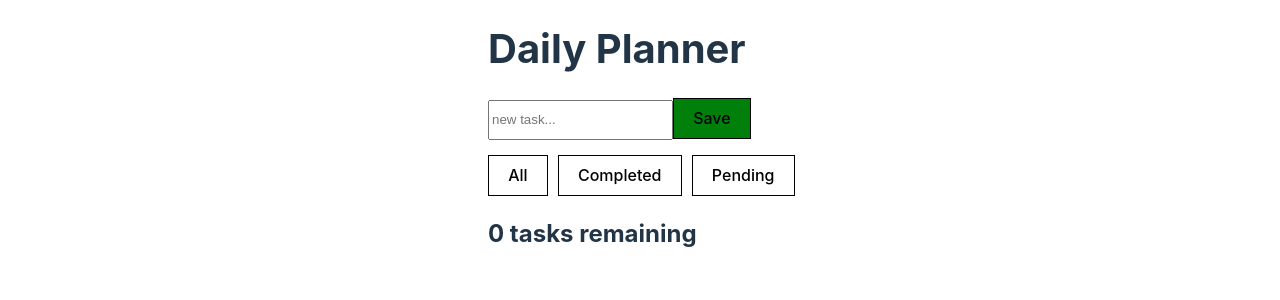
Repository: leslie179/labfour
Page: / (app in labfour/)
An editor plug-in stored every save of this project. The page is shown before and after the next save, followed by the edit.
The browser window is 1280 px wide. The pictures show the whole page.
The project was rebuilt for these pictures with package versions that can differ from the ones it lists, and the page was loaded fresh each time. Also part of the build but not shown: labfour/vite.config.js, labfour/src/components/Task.jsx.

Above is the page before, as saved 2024-10-27 19:53:45.

After the next save:
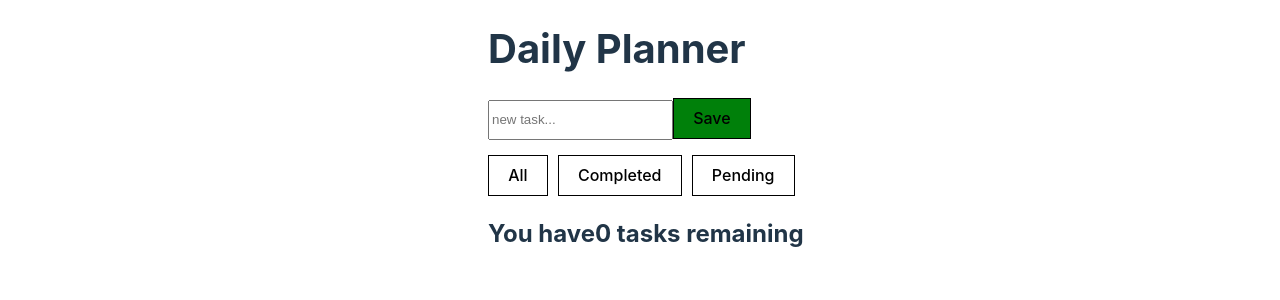
Saved 22 s later.
--- a/labfour/src/App.jsx
+++ b/labfour/src/App.jsx
@@ -18,7 +18,7 @@ function App() {
       <button className="filter-button" onClick={() => setFilter("Completed")}>Completed</button>
       <button className="filter-button" onClick={() => setFilter("Pending")}>Pending</button>
 
-      <h2>{remainingTasks} task{remainingTasks !== 1 ? 's' : ''} remaining</h2>
+      <h2>You have{remainingTasks} task{remainingTasks !== 1 ? 's' : ''} remaining</h2>
 
       <ul>
         {tasks.filter((task) => {
